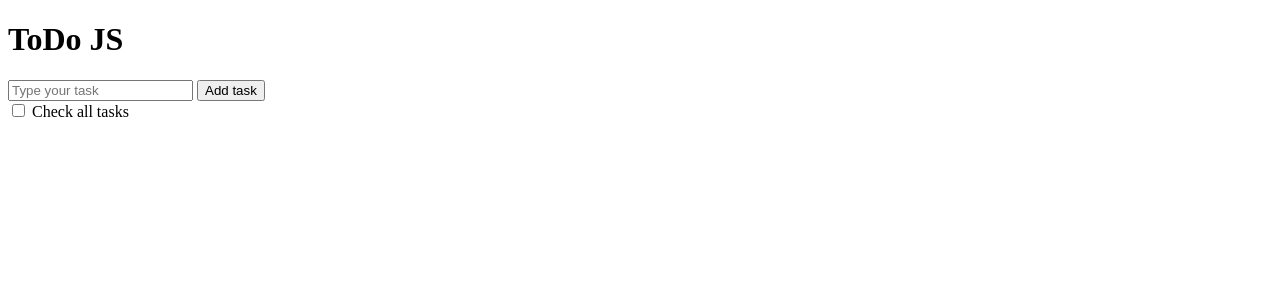
Repository: mklyagin/klyagin_todojs
Page: index.html
An editor plug-in stored every save of this project. The page is shown before and after the next save, followed by the edit.
The browser window is 1280 px wide. The pictures show the whole page.

Above is the page before, as saved 2024-02-21 10:36:31.

After the next save:
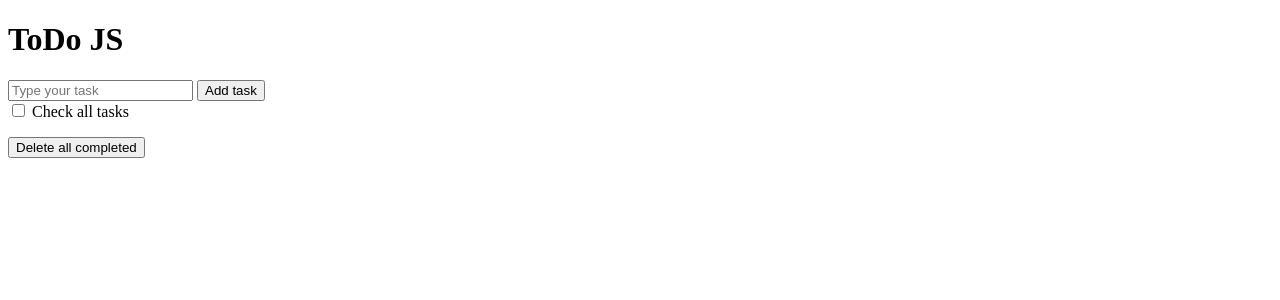
Saved 82 s later.
--- a/index.html
+++ b/index.html
@@ -17,6 +17,9 @@
     <ul id="task-list">
 
     </ul>
+    <button type="button" id="delete-all-completed-button">
+      Delete all completed
+    </button>
     <script src="./script.js"></script>
   </body>
 </html>
